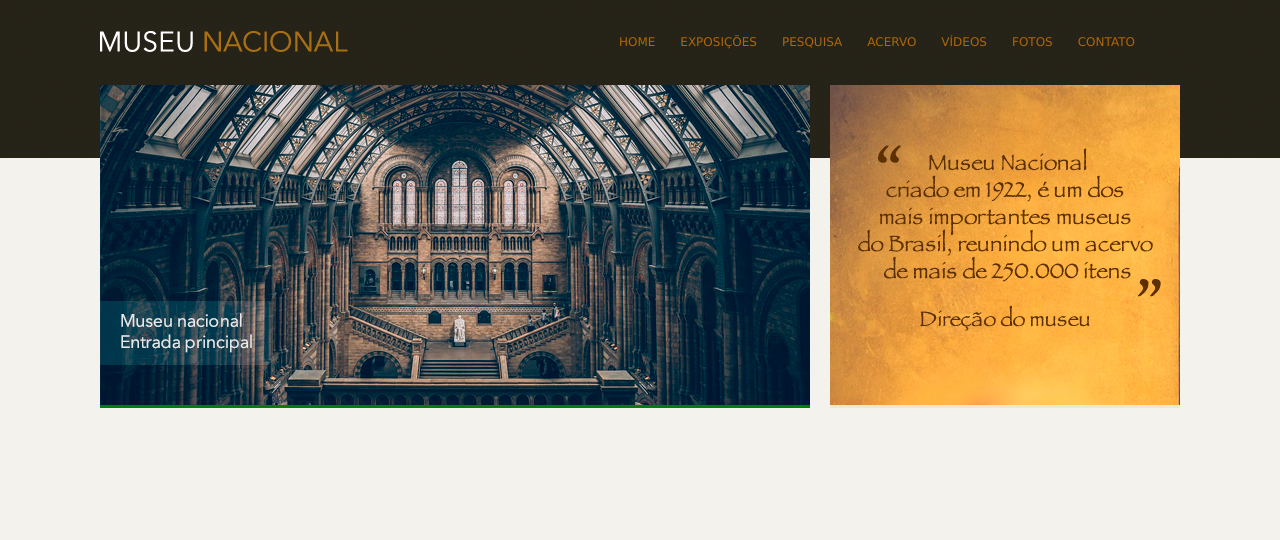
Repository: GustavoScopinho/Museu-Nacional
Page: index.html
These files come from the project's save history. The page is drawn as it stood at one moment and after the next save; the edit follows.
The browser window is 1280 px wide. The pictures show the whole page.

Above is the page before, as saved 2022-07-05 01:04:28.

After the next save:
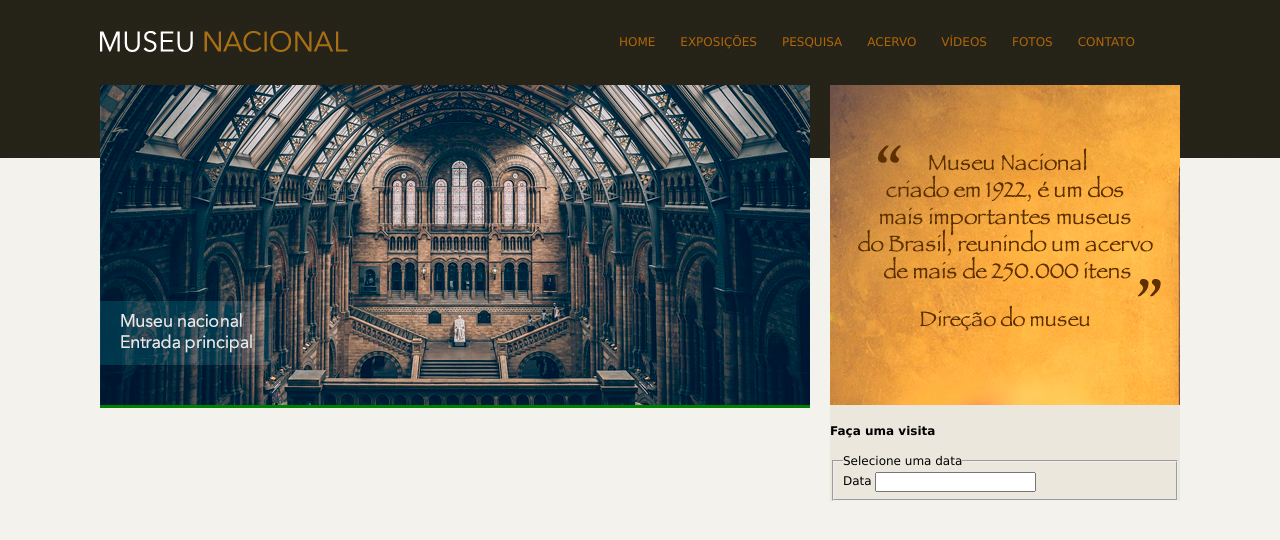
Saved 5 min 12 s later.
--- a/index.html
+++ b/index.html
@@ -38,8 +38,19 @@
       <aside>
         <section id="depoimento">
           <img src="img/depoimento.png">
+        </section>
 
-        </section>
+      <section id="visita">
+        <h4>Faça uma visita</h4>
+        <form>
+          <fieldset>
+              <legend>Selecione uma data</legend>
+              <label for="data" > Data</label>
+              <input type="text" id="data">
+          </fieldset>
+        </form>
+      </section>
+
       </aside>
     </div>
     <!-- fim container -->
